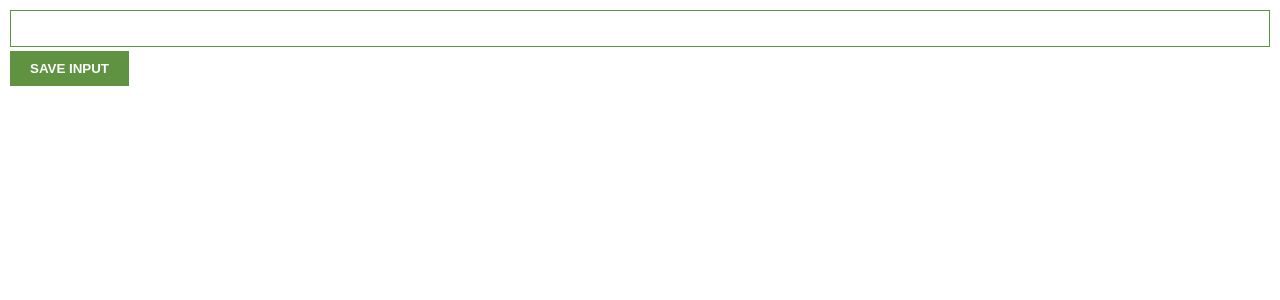
Repository: inno03/Chrome-clone-extension-app
Page: index.html
An editor plug-in stored every save of this project. The page is shown before and after the next save, followed by the edit.
The browser window is 1280 px wide. The pictures show the whole page.

Above is the page before, as saved 2023-03-09 16:19:33.

### index.html
<html>
    <head>
        <link rel="stylesheet" href="index.css">
    </head>
    <body>
        <input type="text" id="input-el">
        <button id="input-btn">SAVE INPUT</button>
        <ul id="ul-el"></ul>
        <script src="index.js"></script>
    </body>
</html>

### index.css
body {
    margin: 0;
    padding: 10px;
    font-family: Arial, Helvetica, sans-serif;
}


input {
    width: 100%;
    padding: 10px;
    box-sizing: border-box;
    border: 1px solid #5f9341;
    margin-bottom: 4px;
}

button {
    background: #5f9341;
    color: white;
    padding: 10px 20px;
    border: none;
    font-weight: bold;
}

### index.js
let myLeads = ["www.awesomelead.com", "www.epiclead.com", "www.greatlead.com"]
const inputEl = document.getElementById("input-el")
const inputBtn = document.getElementById("input-btn")
const ulEl = document.getElementById("ul-el")

console.log(ulEl)


inputBtn.addEventListener("click", function() {
    myLeads.push(inputEl.value)
    console.log(myLeads)
})

for (let i = 0; i < myLeads.length; i++) {
    console.log(myLeads[i])
}

After the next save:
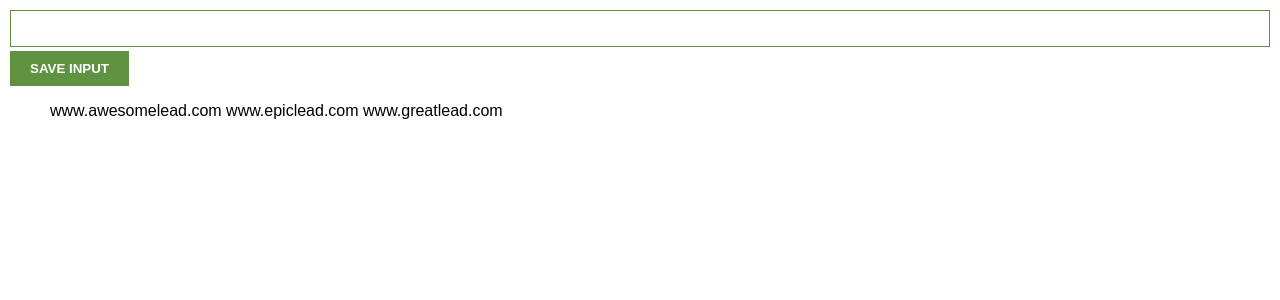
Saved 63 s later.
--- a/index.js
+++ b/index.js
@@ -2,15 +2,13 @@
 const inputEl = document.getElementById("input-el")
 const inputBtn = document.getElementById("input-btn")
 const ulEl = document.getElementById("ul-el")
-
-console.log(ulEl)
-
 
 inputBtn.addEventListener("click", function() {
     myLeads.push(inputEl.value)
     console.log(myLeads)
 })
 
+// Render the leads in the unordered list using ulEl.textContent
 for (let i = 0; i < myLeads.length; i++) {
-    console.log(myLeads[i])
+    ulEl.textContent += myLeads[i] + " "
 }

After the 2 saves that followed:
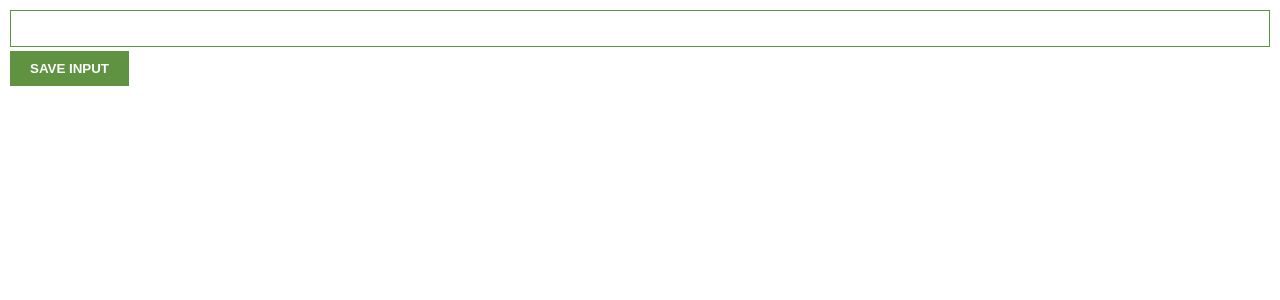
Console error: SyntaxError: Unexpected token '<'
The 2 saves are shown as one change because 1 left the picture as it was.
The last was saved 79 s later.
--- a/index.js
+++ b/index.js
@@ -1,14 +1,11 @@
-let myLeads = ["www.awesomelead.com", "www.epiclead.com", "www.greatlead.com"]
-const inputEl = document.getElementById("input-el")
-const inputBtn = document.getElementById("input-btn")
-const ulEl = document.getElementById("ul-el")
-
-inputBtn.addEventListener("click", function() {
-    myLeads.push(inputEl.value)
-    console.log(myLeads)
-})
-
-// Render the leads in the unordered list using ulEl.textContent
-for (let i = 0; i < myLeads.length; i++) {
-    ulEl.textContent += myLeads[i] + " "
-}
+<html>
+    <head>
+        <link rel="stylesheet" href="index.css">
+    </head>
+    <body>
+        <input type="text" id="input-el">
+        <button id="input-btn">SAVE INPUT</button>
+        <ul id="ul-el"></ul>
+        <script src="index.js"></script>
+    </body>
+</html>
